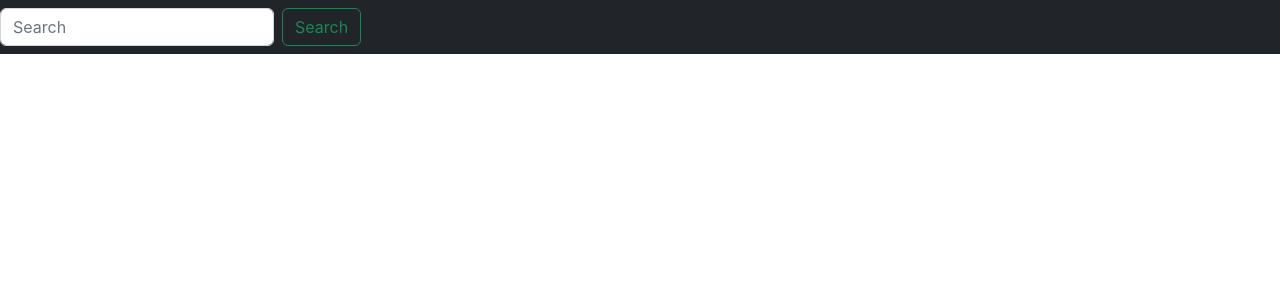
Repository: Sakshamccna/React
Page: /
These files come from the project's save history. The page is drawn as it stood at one moment and after the next save; the edit follows.
The browser window is 1280 px wide. The pictures show the whole page.
The project was rebuilt for these pictures with package versions that can differ from the ones it lists, and the page was loaded fresh each time.

Above is the page before, as saved 2022-12-26 09:57:48.

### public/index.html
<!DOCTYPE html>
<html lang="en">

<head>
  <meta charset="utf-8" />
  <link rel="icon" href="%PUBLIC_URL%/favicon.ico" />
  <meta name="viewport" content="width=device-width, initial-scale=1" />
  <meta name="theme-color" content="#000000" />
  <meta name="description" content="Web site created using create-react-app" />
  <link rel="apple-touch-icon" href="%PUBLIC_URL%/logo192.png" />
  <!--
      manifest.json provides metadata used when your web app is installed on a
      user's mobile device or desktop. See https://developers.google.com/web/fundamentals/web-app-manifest/
    -->
  <link rel="manifest" href="%PUBLIC_URL%/manifest.json" />
  <link href="https://cdn.jsdelivr.net/npm/bootstrap@5.2.3/dist/css/bootstrap.min.css" rel="stylesheet"
    integrity="sha384-rbsA2VBKQhggwzxH7pPCaAqO46MgnOM80zW1RWuH61DGLwZJEdK2Kadq2F9CUG65" crossorigin="anonymous">
  <!--
      Notice the use of %PUBLIC_URL% in the tags above.
      It will be replaced with the URL of the `public` folder during the build.
      Only files inside the `public` folder can be referenced from the HTML.

      Unlike "/favicon.ico" or "favicon.ico", "%PUBLIC_URL%/favicon.ico" will
      work correctly both with client-side routing and a non-root public URL.
      Learn how to configure a non-root public URL by running `npm run build`.
    -->
  <title>React App</title>
</head>

<body>
  <noscript>You need to enable JavaScript to run this app.</noscript>
  <div id="root"></div>
  <!--
      This HTML file is a template.
      If you open it directly in the browser, you will see an empty page.

      You can add webfonts, meta tags, or analytics to this file.
      The build step will place the bundled scripts into the <body> tag.

      To begin the development, run `npm start` or `yarn start`.
      To create a production bundle, use `npm run build` or `yarn build`.
    -->
</body>
<script src="https://cdn.jsdelivr.net/npm/bootstrap@5.2.3/dist/js/bootstrap.bundle.min.js"
  integrity="sha384-kenU1KFdBIe4zVF0s0G1M5b4hcpxyD9F7jL+jjXkk+Q2h455rYXK/7HAuoJl+0I4" crossorigin="anonymous"></script>

</html>

### src/App.tsx
import React from 'react';
import logo from './logo.svg';
import './App.css';
import { BrowserRouter, Routes, Route } from 'react-router-dom';
import Headers from './Components/Headers';


function App() {
  return (
    <div className="App">
      <BrowserRouter>

        <Headers />

      </BrowserRouter>



    </div >
  );
}

export default App;

### src/Components/Headers.tsx
import React from 'react'

function Headers() {
    return (
        <>
            <nav className="navbar navbar-light bg-dark">
                <form className="d-flex" role="search">
                    <input className="form-control me-2" type="search" placeholder="Search" aria-label="Search" />
                    <button className="btn btn-outline-success" type="submit">Search</button>
                </form>
            </nav>
        </>
    )
}

export default Headers

Loaded but not shown: src/index.tsx (common file); src/index.css (common file); src/reportWebVitals.ts (common file); src/App.css (common file)

After the next save:
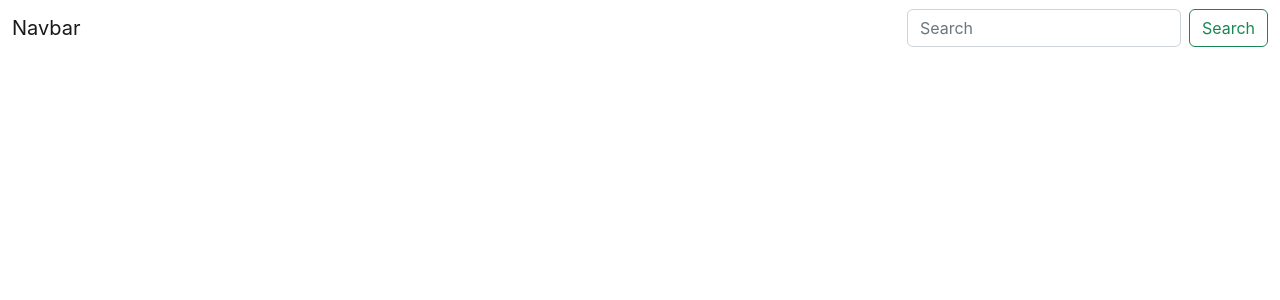
Saved 48 s later.
--- a/src/Components/Headers.tsx
+++ b/src/Components/Headers.tsx
@@ -3,11 +3,14 @@ import React from 'react'
 function Headers() {
     return (
         <>
-            <nav className="navbar navbar-light bg-dark">
-                <form className="d-flex" role="search">
-                    <input className="form-control me-2" type="search" placeholder="Search" aria-label="Search" />
-                    <button className="btn btn-outline-success" type="submit">Search</button>
-                </form>
+            <nav className="navbar bg-body-tertiary">
+                <div className="container-fluid">
+                    <a className="navbar-brand">Navbar</a>
+                    <form className="d-flex" role="search">
+                        <input className="form-control me-2" type="search" placeholder="Search" aria-label="Search" />
+                        <button className="btn btn-outline-success" type="submit">Search</button>
+                    </form>
+                </div>
             </nav>
         </>
     )
